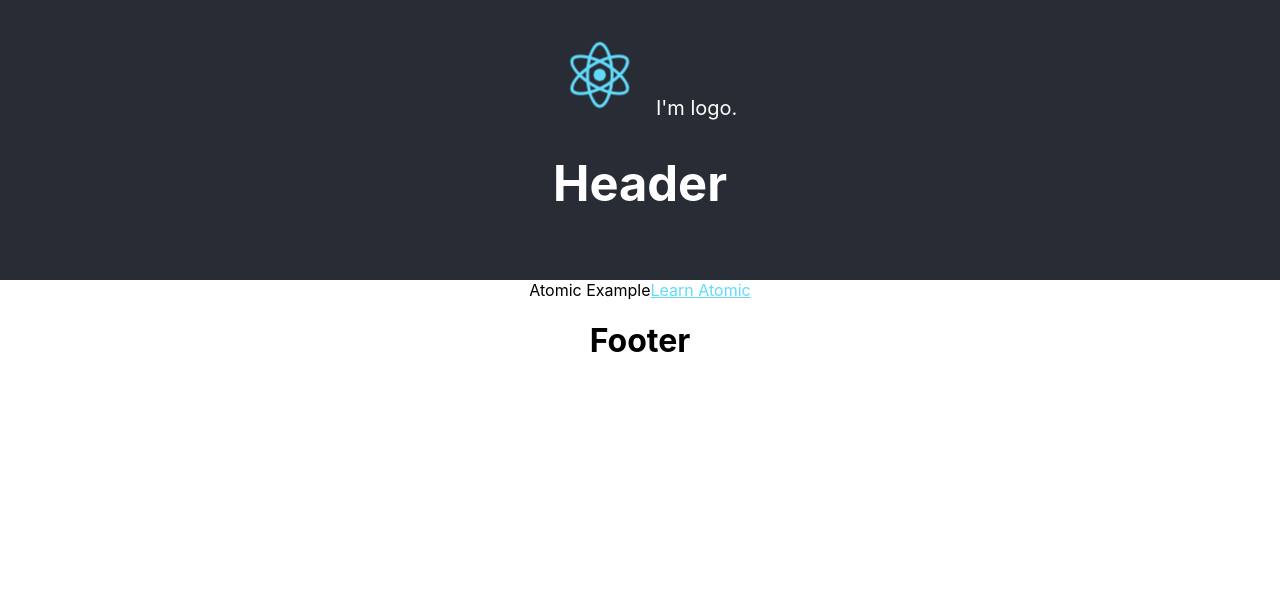
Repository: wewoor/atomic-example
Page: /
An editor plug-in stored every save of this project. The page is shown before and after the next save, followed by the edit.
The browser window is 1280 px wide. The pictures show the whole page.
The project was rebuilt for these pictures with package versions that can differ from the ones it lists, and the page was loaded fresh each time.

Above is the page before, as saved 2018-10-14 18:06:58.

### src/App.js
import React, { Component } from 'react';

import './App.css';

import MainPage from './pages/main';

class App extends Component {
  render() {
    return (
      <div className="App">
         <MainPage/>
      </div>
    );
  }
}

export default App;

### src/App.css
.App {
  text-align: center;
}

.App-link {
  color: #61dafb;
}

.App-content {
  padding: 100px;
}

### src/pages/main/index.js
import React, { Component } from 'react';


import HomePage from '../../components/templates/homepage';

class MainPage extends Component {
  render() {
    return (
      <div className="main">
          <HomePage>
            <div className="content">
                 Atomic Example
                <a
                    className="App-link"
                    href="http://atomicdesign.bradfrost.com"
                    target="_blank"
                    rel="noopener noreferrer"
                >
                    Learn Atomic
                </a>

            </div>
          </HomePage>
      </div>
    );
  }
}

export default MainPage;

### src/components/templates/homepage/index.js
import React, { Component } from 'react'

import Header from '../../organisms/header';
import Footer from '../../organisms/footer';

class HomePage extends Component {
    render () {
        return (
            <div className="homepage">
                <Header/>
                {
                    this.props.children
                }
                <Footer/>
            </div>
        )
    }
}

export default HomePage

### src/components/organisms/header/index.js
import React, { Component } from 'react';

import Logo from '../../molecules/logo';
import './style.css';

class Header extends Component {
    render () {
        return (
            <header className="App-header">
                <Logo />
                <h1>Header</h1>
            </header>
        )
    }
}

export default Header

### src/components/organisms/footer/index.js
import React, { Component } from 'react'

class Footer extends Component {
    render () {
        const defaultContent = <h1>Footer</h1>;
        return (
            <div className="App-footer">
                {this.props.children || defaultContent }
            </div>
        )
    }
}

export default Footer

### src/components/molecules/logo/index.js
import React, { Component } from 'react';

import Image from '../../atoms/img';
import './style.css';

class Logo extends Component {
    render () {
        return (
            <div className="logo">
                <Image className="App-logo" name="logo.svg" />
                <span style={{fontSize: 20}}>I'm logo.</span>
            </div>
        )
    }
}

export default Logo;

### src/components/organisms/header/style.css
.App-header {
    background-color: #282c34;
    display: flex;
    flex-direction: column;
    align-items: center;
    justify-content: center;
    font-size: calc(10px + 2vmin);
    color: white;
    height: 200px;
    padding: 40px;
  }

### src/components/atoms/img/index.js
import React, { Component } from 'react';

const baseUrl = '/img';
// eslint-disable-next-line

class Image extends Component {
    render () {
        const { name, className } = this.props;
        return (
            <img className={`m-image ${className}`} src={`${baseUrl}/${name}`} />
        )
    }
}

export default Image

### src/components/molecules/logo/style.css

.App-logo {
    animation: App-logo-spin infinite 20s linear;
    height: 80px;
  }

  @keyframes App-logo-spin {
    from {
      transform: rotate(0deg);
    }
    to {
      transform: rotate(360deg);
    }
  }

Loaded but not shown: public/index.html (common file); src/index.js (common file); src/index.css (common file); src/serviceWorker.js (common file)

After the next save:
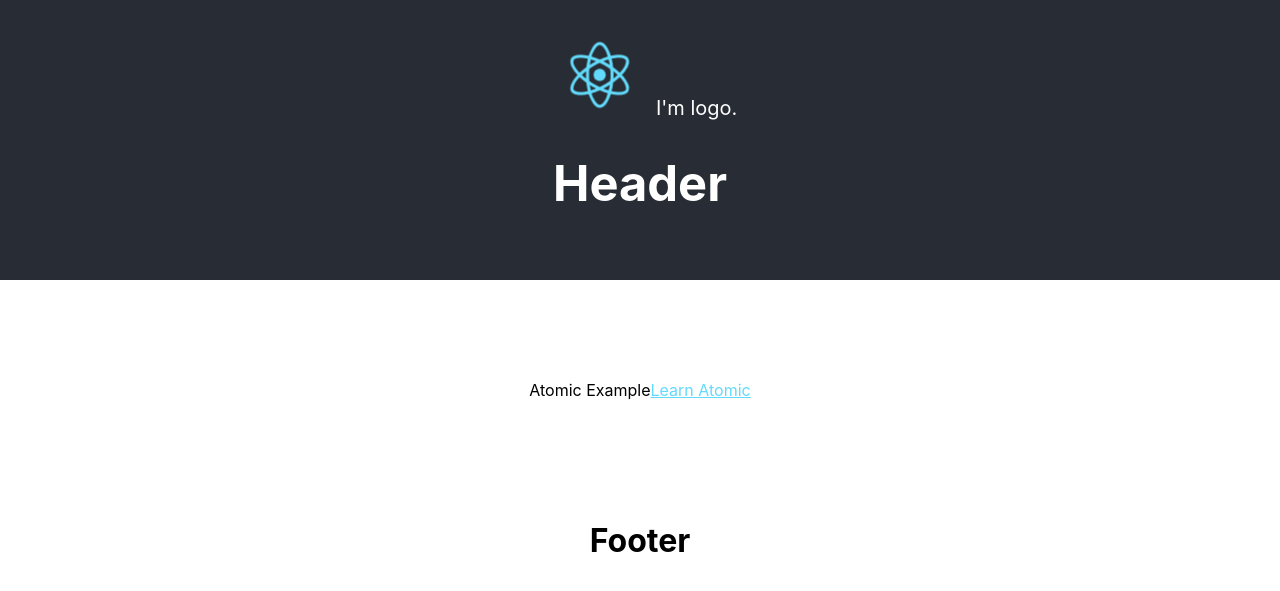
Saved 2 s later.
--- a/src/pages/main/index.js
+++ b/src/pages/main/index.js
@@ -8,7 +8,7 @@
     return (
       <div className="main">
           <HomePage>
-            <div className="content">
+            <div className="App-content">
                  Atomic Example
                 <a
                     className="App-link"
